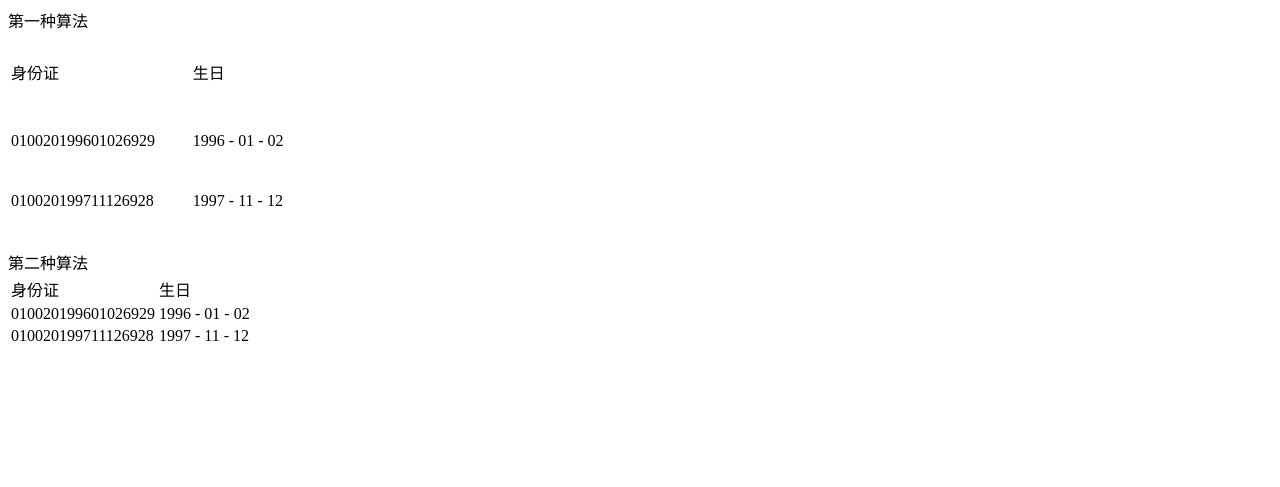
Repository: Fuhai-Chen/javaweb
Page: http://localhost/Chapter_3/transBirthday.jsp
These files come from the project's save history. The page is drawn as it stood at one moment and after the next save; the edit follows.
The browser window is 1280 px wide. The pictures show the whole page.
The page is served by Tomcat 9.

Above is the page before, as saved 2020-09-20 06:23:54.

After the next save:
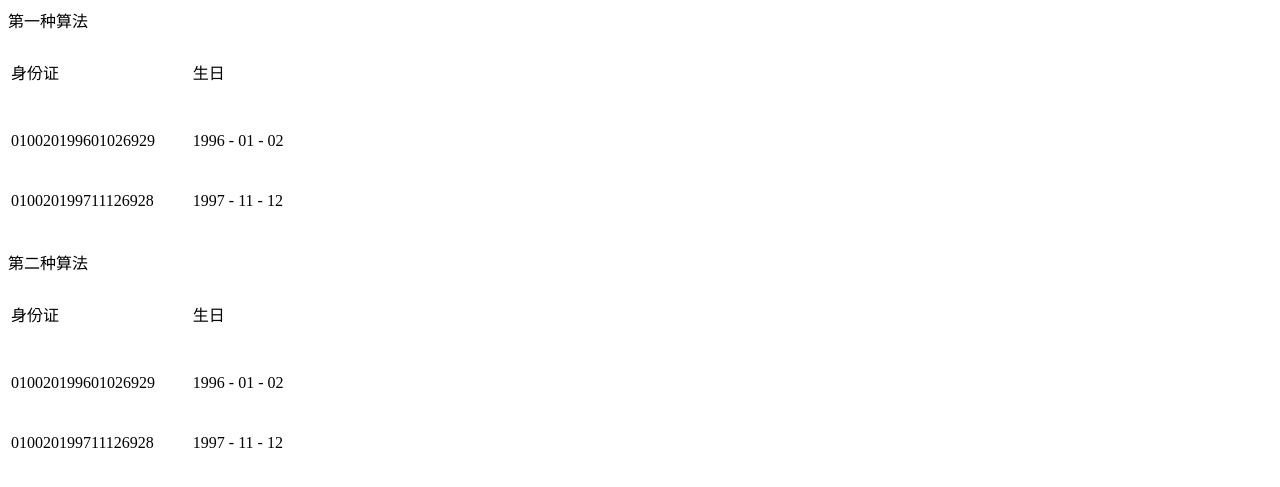
Saved 22 s later.
--- a/Chapter_3/WebRoot/transBirthday.jsp
+++ b/Chapter_3/WebRoot/transBirthday.jsp
@@ -22,7 +22,10 @@ String basePath = request.getScheme()+"://"+request.getServerName()+":"+request.
     	.tb2{
 
     		left:50%;
-    		top:50%
+    		top:50%;
+    		width:300px;
+    	 	height:200px;
+
     	}
     </style>
 
